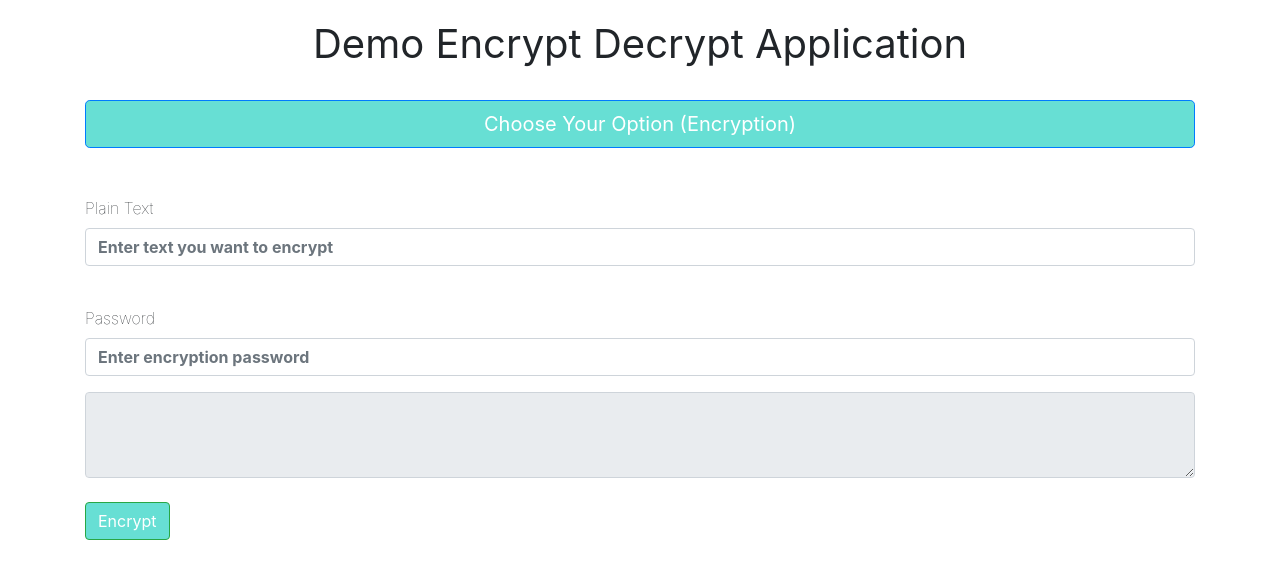
Repository: beardbytes/EncDecrypt
Page: / (app in EncryptDecrypt/)
An editor plug-in stored every save of this project. The page is shown before and after the next save, followed by the edit.
The browser window is 1280 px wide. The pictures show the whole page.
The project was rebuilt for these pictures with package versions that can differ from the ones it lists, and the page was loaded fresh each time. Also part of the build but not shown: EncryptDecrypt/angular.json.

Above is the page before, as saved 2020-08-15 16:11:13.

### EncryptDecrypt/src/index.html
<html>

<head>
  <meta charset="utf-8">
  <title>Demo Encrypt Decrypt App</title>
  <base href="/DemoApp">
  <meta name="viewport" content="width=device-width, initial-scale=1">
  <link rel="icon" type="image/x-icon" href="favicon.ico">
  <link rel="stylesheet" href="https://stackpath.bootstrapcdn.com/bootstrap/4.1.3/css/bootstrap.min.css" integrity="sha384-MCw98/SFnGE8fJT3GXwEOngsV7Zt27NXFoaoApmYm81iuXoPkFOJwJ8ERdknLPMO" crossorigin="anonymous">
</head>

  <body>
  <my-app>loading</my-app>
  <app-root></app-root>
  <script src="https://code.jquery.com/jquery-3.3.1.slim.min.js" integrity="sha384-q8i/X+965DzO0rT7abK41JStQIAqVgRVzpbzo5smXKp4YfRvH+8abtTE1Pi6jizo" crossorigin="anonymous"></script>
  <script src="https://cdnjs.cloudflare.com/ajax/libs/popper.js/1.14.3/umd/popper.min.js" integrity="sha384-ZMP7rVo3mIykV+2+9J3UJ46jBk0WLaUAdn689aCwoqbBJiSnjAK/l8WvCWPIPm49" crossorigin="anonymous"></script>
  <script src="https://stackpath.bootstrapcdn.com/bootstrap/4.1.3/js/bootstrap.min.js" integrity="sha384-ChfqqxuZUCnJSK3+MXmPNIyE6ZbWh2IMqE241rYiqJxyMiZ6OW/JmZQ5stwEULTy" crossorigin="anonymous"></script>
  </body>
</html>

### EncryptDecrypt/src/styles.css
/* Add application styles & imports to this file! */
body{
    padding: 20px;
  }
  /* You can add global styles to this file, and also import other style files */
.form-group>input{
  font-weight: bolder;
}
.form-group>label{
  font-weight: lighter;
}

button[type="button"]{
  background-color: #67dfd4;
  color: #fff;

}
.jumbotron{
  background-color: #fff;
  padding-top: 32px;
}

table tr:hover{
  cursor: pointer;
}

input.ng-touched.ng-invalid{
  border-color: #dc3545;
}
div.validation-error{
  width: 100%;
  margin-top: .25rem;
  font-size: 80%;
  color: #dc3545;
}
@import '~bootstrap/dist/css/bootstrap.min.css';

### EncryptDecrypt/src/polyfills.ts
/**
 * This file includes polyfills needed by Angular and is loaded before the app.
 * You can add your own extra polyfills to this file.
 *
 * This file is divided into 2 sections:
 *   1. Browser polyfills. These are applied before loading ZoneJS and are sorted by browsers.
 *   2. Application imports. Files imported after ZoneJS that should be loaded before your main
 *      file.
 *
 * The current setup is for so-called "evergreen" browsers; the last versions of browsers that
 * automatically update themselves. This includes Safari >= 10, Chrome >= 55 (including Opera),
 * Edge >= 13 on the desktop, and iOS 10 and Chrome on mobile.
 *
 * Learn more in https://angular.io/docs/ts/latest/guide/browser-support.html
 */

/***************************************************************************************************
 * BROWSER POLYFILLS
 */

/** IE9, IE10 and IE11 requires all of the following polyfills. **/
// import 'core-js/es6/symbol';
// import 'core-js/es6/object';
// import 'core-js/es6/function';
// import 'core-js/es6/parse-int';
// import 'core-js/es6/parse-float';
// import 'core-js/es6/number';
// import 'core-js/es6/math';
// import 'core-js/es6/string';
// import 'core-js/es6/date';
// import 'core-js/es6/array';
// import 'core-js/es6/regexp';
// import 'core-js/es6/map';
// import 'core-js/es6/set';

/** IE10 and IE11 requires the following for NgClass support on SVG elements */
// import 'classlist.js';  // Run `npm install --save classlist.js`.

/** IE10 and IE11 requires the following to support `@angular/animation`. */
// import 'web-animations-js';  // Run `npm install --save web-animations-js`.


/** Evergreen browsers require these. **/

/** ALL Firefox browsers require the following to support `@angular/animation`. **/
// import 'web-animations-js';  // Run `npm install --save web-animations-js`.



/***************************************************************************************************
 * Zone JS is required by Angular itself.
 */
import 'zone.js/dist/zone';  // Included with Angular CLI.


/***************************************************************************************************
 * APPLICATION IMPORTS
 */

/**
 * Date, currency, decimal and percent pipes.
 * Needed for: All but Chrome, Firefox, Edge, IE11 and Safari 10
 */
// import 'intl';  // Run `npm install --save intl`.

### EncryptDecrypt/src/app/app.component.ts
import { Component } from '@angular/core';
import * as CryptoJS from 'crypto-js';

@Component({
  selector: 'my-app',
  templateUrl: './app.component.html',
  styleUrls: ['./app.component.css']
})
export class AppComponent {
  title = 'Demo App';
  encryptMode: boolean;
  textToConvert: string;
  password: string;
  conversionOutput: string;

  constructor() {
    this.encryptMode = true;
  }

  changeMode() {
    this.encryptMode = this.encryptMode ? false : true;
    this.textToConvert = "";
  }

  convertText() {
    if (this.textToConvert.trim() === "" || this.password.trim() === "") {
      this.conversionOutput = "Please fill the textboxes."
      return;
    }
    else {
      if (this.encryptMode) {
        this.conversionOutput = CryptoJS.AES.encrypt(this.textToConvert.trim(), this.password.trim()).toString();
      }
      else {
        this.conversionOutput = CryptoJS.AES.decrypt(this.textToConvert.trim(), this.password.trim()).toString(CryptoJS.enc.Utf8);
      }
    }
  }
}

### EncryptDecrypt/src/app/app.component.html
<h1 class="text-center">Demo Encrypt Decrypt Application</h1>

<br>
<div class="container">
<button
        type="button"
        class="btn btn-primary btn-lg btn-block"
        (click)="changeMode()">

        Choose Your Option ({{ encryptMode ? "Encryption" : "Decryption" }})

</button>

<br>
<br>

<div class="form-group">
  <label for="txtTextToConvert">{{ encryptMode ? "Plain" : "Encrypted" }} Text</label>
  <input
          type="text"
          class="form-control"
          id="txtTextToConvert"
          placeholder="Enter text you want to {{ encryptMode ? 'encrypt' : 'decrypt' }}"
          [(ngModel)]="textToConvert"
  >
</div>
<br>

<div class="form-group">
  <label for="txtPassword">Password</label>
  <input
          type="password"
          class="form-control"
          id="txtPassword"
          placeholder="Enter {{ encryptMode ? 'encryption' : 'decryption' }} password"
          [(ngModel)]="password"
  >
</div>

<textarea class="form-control" readonly rows="3">{{conversionOutput}}</textarea>

<br>

<button type="button" class="btn btn-success" (click)="convertText()">{{ encryptMode ? "Encrypt" : "Decrypt" }}</button>
</div>

### EncryptDecrypt/src/app/app.component.css
p {
    font-family: Lato;
    font-weight: normal;
  }
h1 {
    font-weight: normal; }

Loaded but not shown: EncryptDecrypt/src/main.ts (common file); EncryptDecrypt/src/app/app.module.ts (common file)

After the next save:
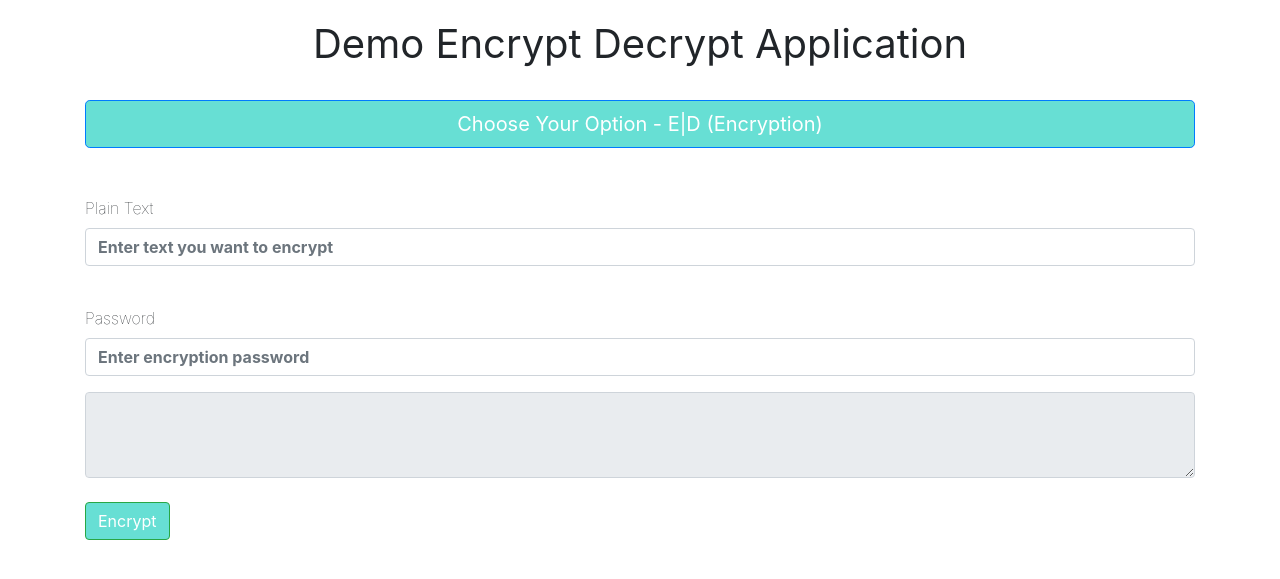
Saved 21 s later.
--- a/EncryptDecrypt/src/app/app.component.html
+++ b/EncryptDecrypt/src/app/app.component.html
@@ -7,7 +7,7 @@
         class="btn btn-primary btn-lg btn-block"
         (click)="changeMode()">
 
-        Choose Your Option ({{ encryptMode ? "Encryption" : "Decryption" }})
+        Choose Your Option - E|D ({{ encryptMode ? "Encryption" : "Decryption" }})
 
 </button>
 
